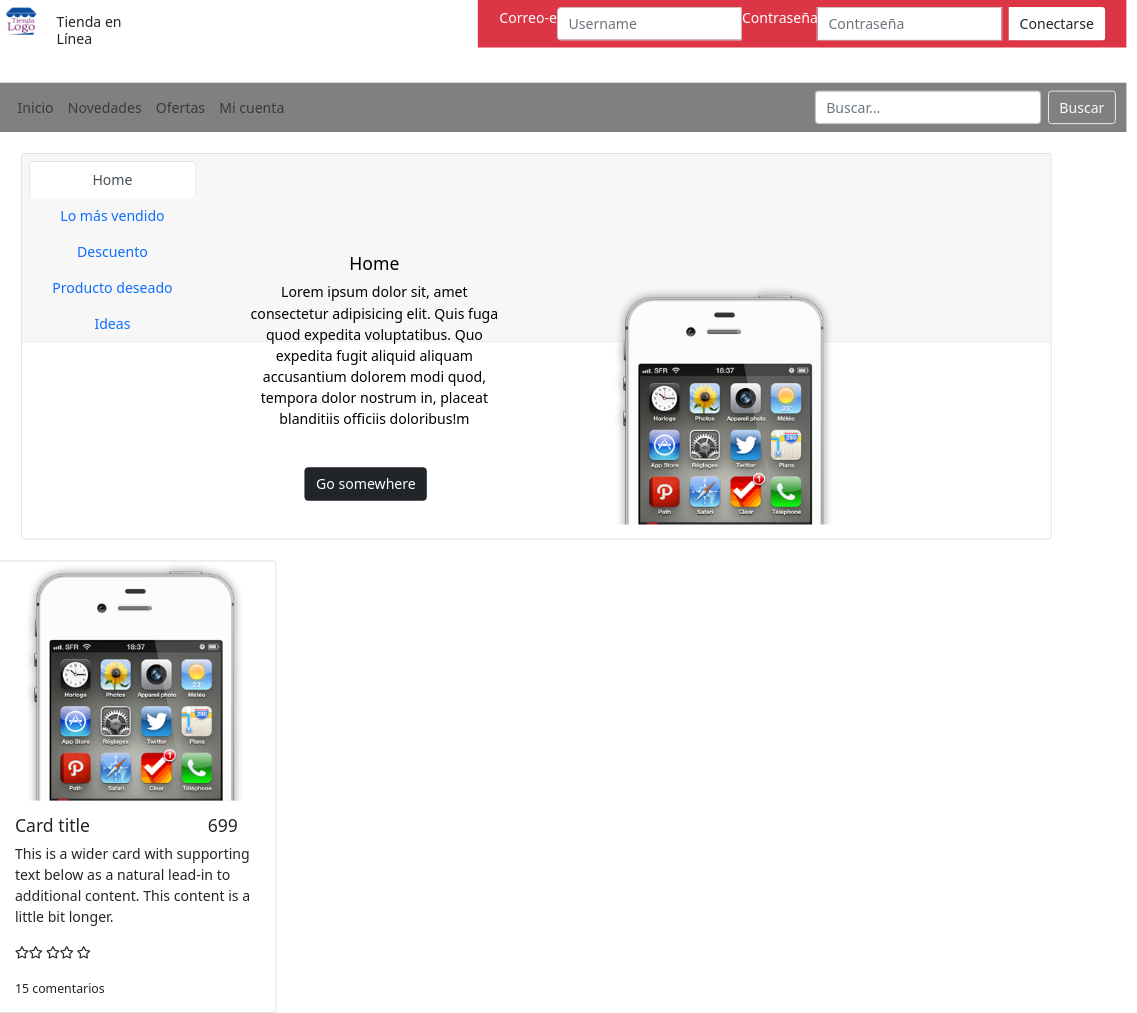
Repository: nicorp00/bootstrapSass
Page: Main/index.html
An editor plug-in stored every save of this project. The page is shown before and after a run of saves, followed by the edit.
The browser window is 1280 px wide. The page is 1292 px wide, so the pictures cover 1292 px, including what lies to the right of the window. The pictures show the whole page, at 88% of full size.
Some web libraries are served in a nearby version. The style sheet was rebuilt from its Sass, Less or Tailwind sources for each picture, by a compiler version that may differ from the author's.

Above is the page before, as saved 2022-03-25 12:03:28.

After the next 2 saves:
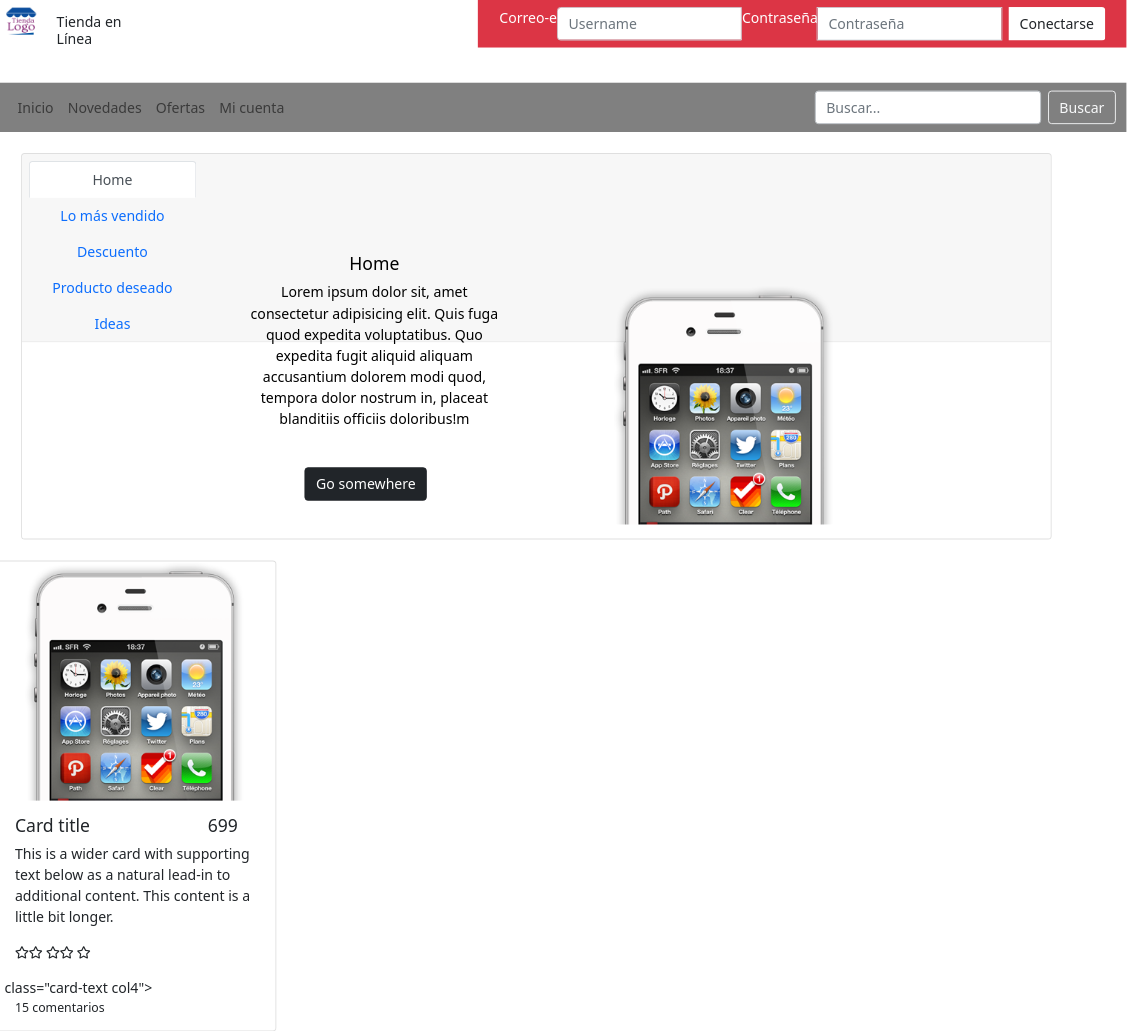
The 2 saves are shown as one change because they came seconds apart.
The last was saved 8 s later.
--- a/Main/index.html
+++ b/Main/index.html
@@ -151,7 +151,7 @@
                                                   <i class="far fa-star"></i>
               </small>
               </p>
-              <p class="card-text col4"><small class="">15 comentarios</small></p>
+              class="card-text col4"><small class="">15 comentarios</small>
             </div>
           </div>
         </div>

After the save that followed:
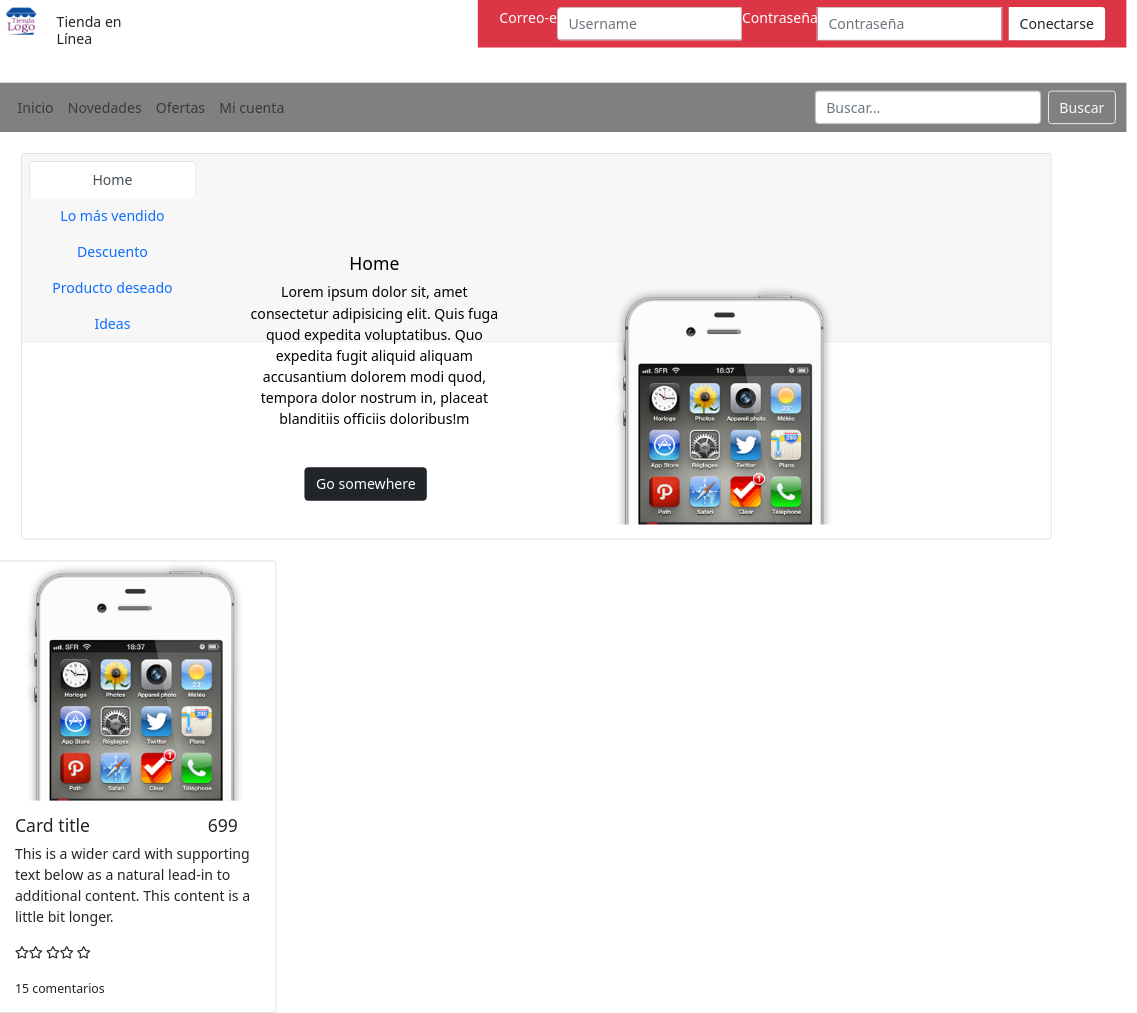
Saved 6 s later.
--- a/Main/index.html
+++ b/Main/index.html
@@ -151,7 +151,7 @@
                                                   <i class="far fa-star"></i>
               </small>
               </p>
-              class="card-text col4"><small class="">15 comentarios</small>
+              <p class="card-text col4"><small class="">15 comentarios</small></p>
             </div>
           </div>
         </div>
